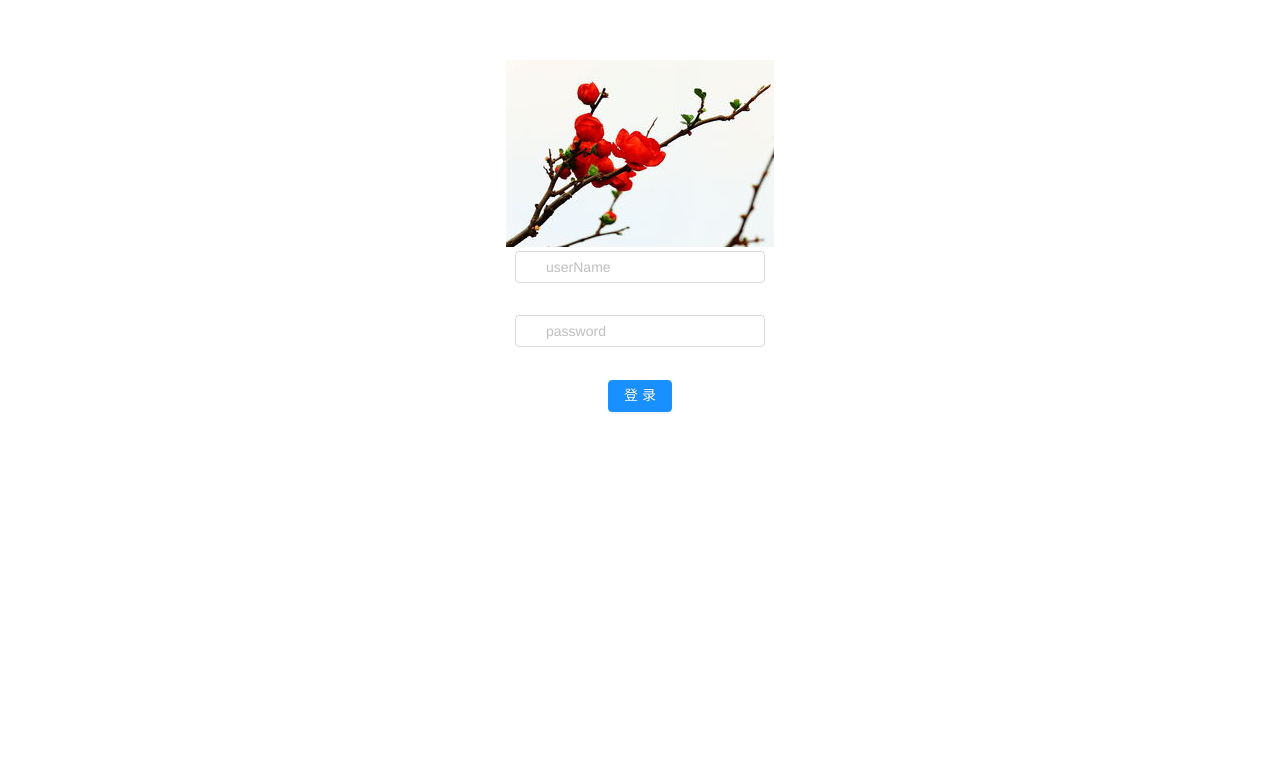
Repository: zhongdm/vue-vuex-antd
Page: /#/
An editor plug-in stored every save of this project. The page is shown before and after the next save, followed by the edit.
The browser window is 1280 px wide. The pictures show the whole page.
The project was rebuilt for these pictures with package versions that can differ from the ones it lists, and the page was loaded fresh each time.

Above is the page before, as saved 2019-03-13 15:20:41.

### index.html
<!DOCTYPE html>
<html>
  <head>
    <meta charset="utf-8">
    <meta name="viewport" content="width=device-width,initial-scale=1.0">
    <title>vue-vuex-antd</title>
  </head>
  <body>
    <div id="app"></div>
    <!-- built files will be auto injected -->
  </body>
</html>

### src/main.js
// The Vue build version to load with the `import` command
// (runtime-only or standalone) has been set in webpack.base.conf with an alias.
import Vue from 'vue'
import App from './App'
import router from './router'
import TestPlugin from './plugins-custom/TestPlugin'
import Antd from 'ant-design-vue'
import 'ant-design-vue/dist/antd.css'

Vue.config.productionTip = false
Vue.use(TestPlugin)
Vue.use(Antd)

/* eslint-disable no-new */
new Vue({
  el: '#app',
  router,
  components: { App },
  template: '<App/>'
})

### src/App.vue
<template>
  <div id="app">
    <img src="./assets/images/plum.jpg">
    <router-view/>
  </div>
</template>

<script>
export default {
  name: 'App'
}
</script>

<style>
#app {
  font-family: 'Avenir', Helvetica, Arial, sans-serif;
  -webkit-font-smoothing: antialiased;
  -moz-osx-font-smoothing: grayscale;
  text-align: center;
  color: #2c3e50;
  margin-top: 60px;
}
</style>

### src/router/index.js
import Vue from 'vue'
import Router from 'vue-router'

Vue.use(Router)

const router = new Router({
  routes: [
    {
      path: '/',
      name: 'Login',
      component: () => import('@/pages/Login')
    },
    {
      path: '/Home',
      name: 'Home',
      component: () => import('@/pages/Home/Home')
    }
  ]
})

router.beforeEach((to, from, next) => {
  console.log(to.path, from)
  next()
})
export default router

### src/plugins-custom/TestPlugin.js
let TestPlugin = {}
TestPlugin.install = function (Vue, options) {
  Vue.istest = function () {
    console.log('plugin test success')
  }
  Vue.prototype.logining = function () {
    console.log('loging')
  }
}

export default TestPlugin

### src/pages/Login.vue
<template>
  <div class="form-container">
    <a-form>
      <a-form-item>
        <a-input
          placeholder="userName">
          <a-icon slot="prefix" type="user"></a-icon>
        </a-input>
      </a-form-item>
      <a-form-item>
        <a-input
          placeholder="password">
          <a-icon slot="prefix" type="lock"></a-icon>
        </a-input>
      </a-form-item>
      <a-form-item>
        <a-button type="primary" @click="handleLogin">登录</a-button>
      </a-form-item>
    </a-form>
  </div>
</template>

<script>
export default {
  data () {
    return {
    }
  },
  mounted () {
  },
  methods: {
    handleLogin () {
      this.$router.push('/Home')
    }
  }
}
</script>

<style lang="stylus" scoped>
  .form-container
    width 250px
    margin 0 auto
</style>

After the next save:
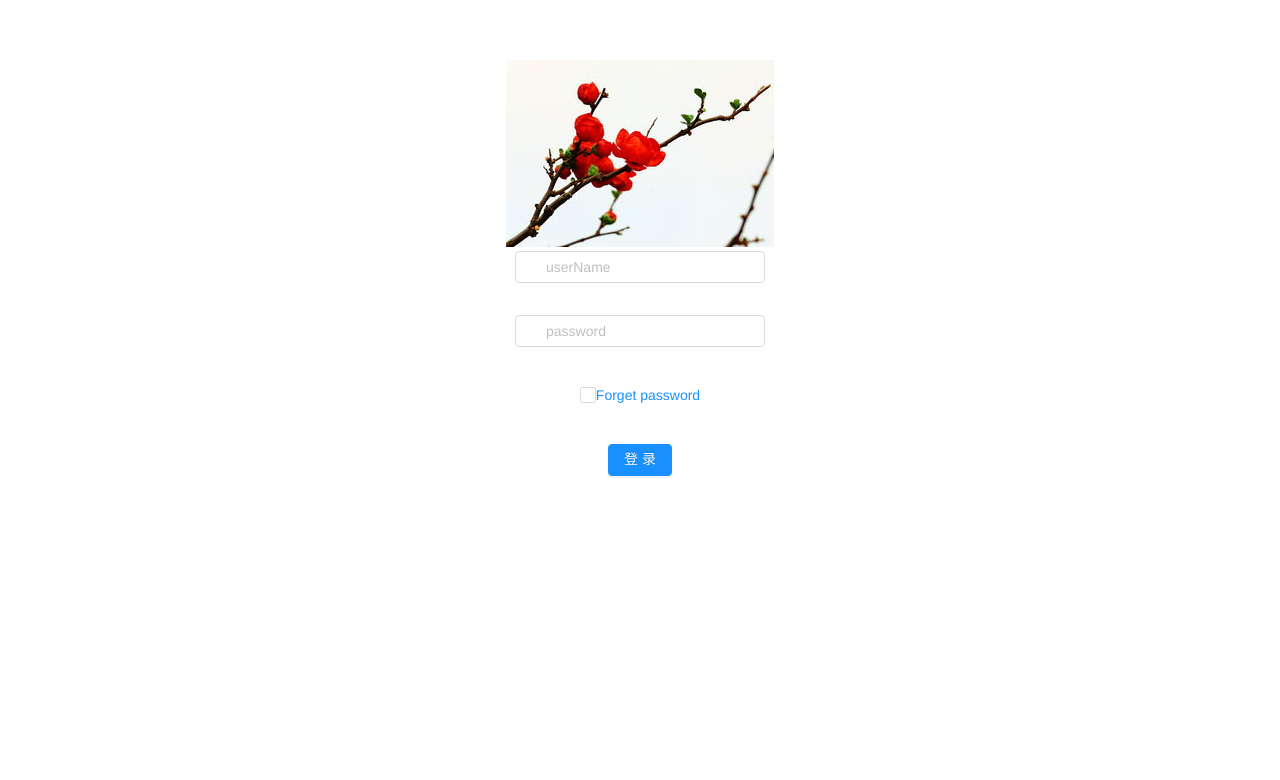
Saved 2 min 18 s later.
--- a/src/pages/Login.vue
+++ b/src/pages/Login.vue
@@ -12,6 +12,12 @@
           placeholder="password">
           <a-icon slot="prefix" type="lock"></a-icon>
         </a-input>
+      </a-form-item>
+      <a-form-item>
+        <a-checkbox>
+
+        </a-checkbox>
+        <a href="">Forget password</a>
       </a-form-item>
       <a-form-item>
         <a-button type="primary" @click="handleLogin">登录</a-button>
